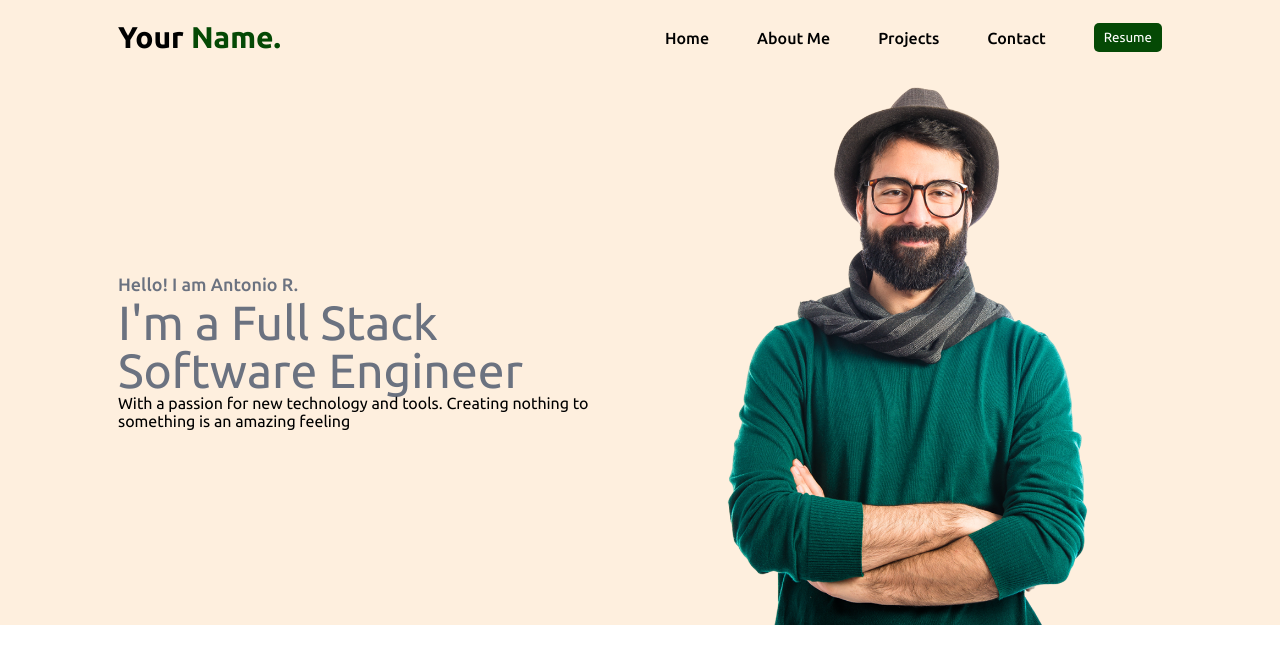
Repository: DevAntonioRogers/vanilla-portfolio
Page: index.html
An editor plug-in stored every save of this project. The page is shown before and after the next save, followed by the edit.
The browser window is 1280 px wide. The pictures show the whole page.

Above is the page before, as saved 2023-07-14 22:15:17.

After the next save:
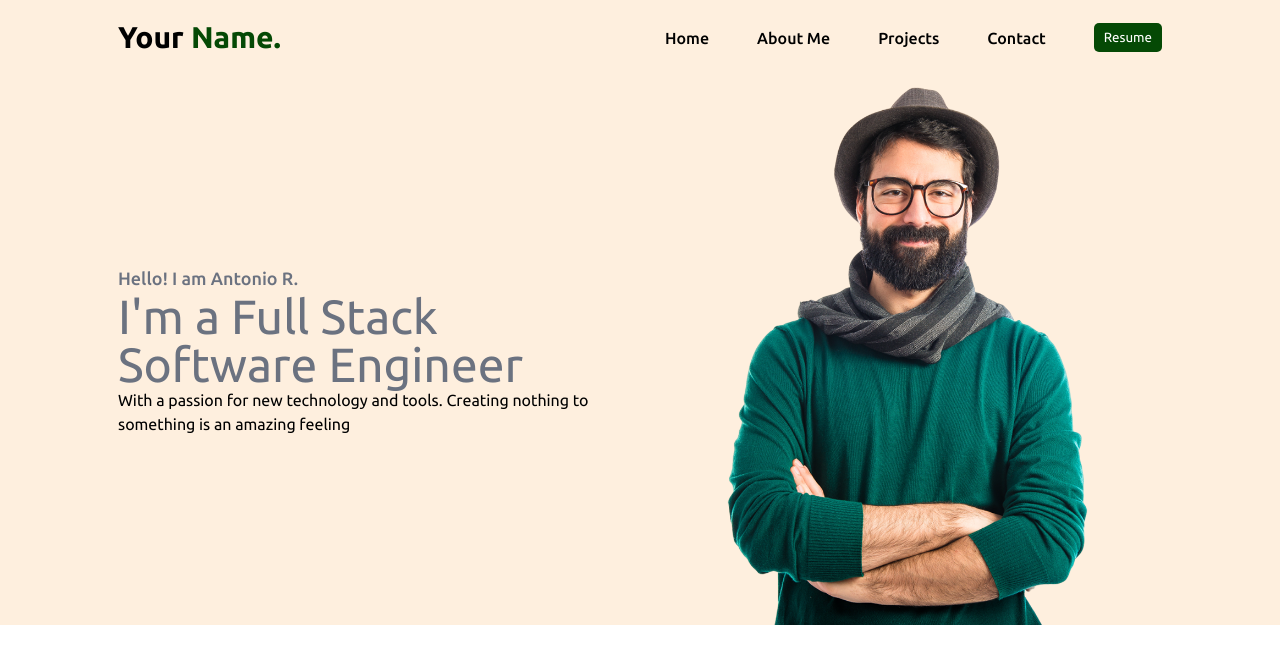
Saved 11 s later.
--- a/style.css
+++ b/style.css
@@ -97,6 +97,7 @@ nav {
 
 .hero-info p {
   font-size: 1rem;
+  line-height: 1.5rem;
 }
 
 .hero-container img {
